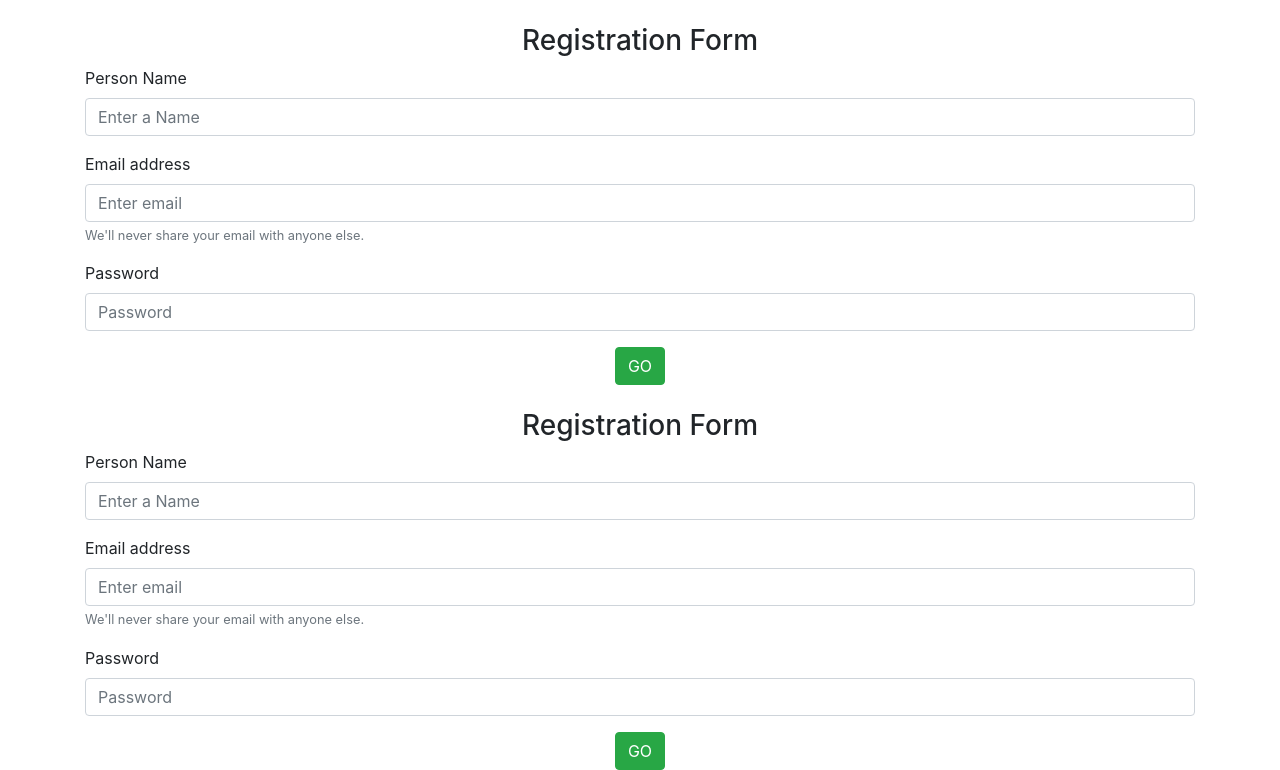
Repository: vijay10091999/Advance-java
Page: http://localhost/SpringMVC/WEB-INF/views/contact1.jsp
An editor plug-in stored every save of this project. The page is shown before and after the next save, followed by the edit.
The browser window is 1280 px wide. The pictures show the whole page.
Some web libraries are served in a nearby version. The page is served by Tomcat 9. Nobody is signed in. The template is opened directly, without the code that normally fills it, so the values that code supplies are empty.

Above is the page before, as saved 2022-06-11 10:05:39.

After the next save:
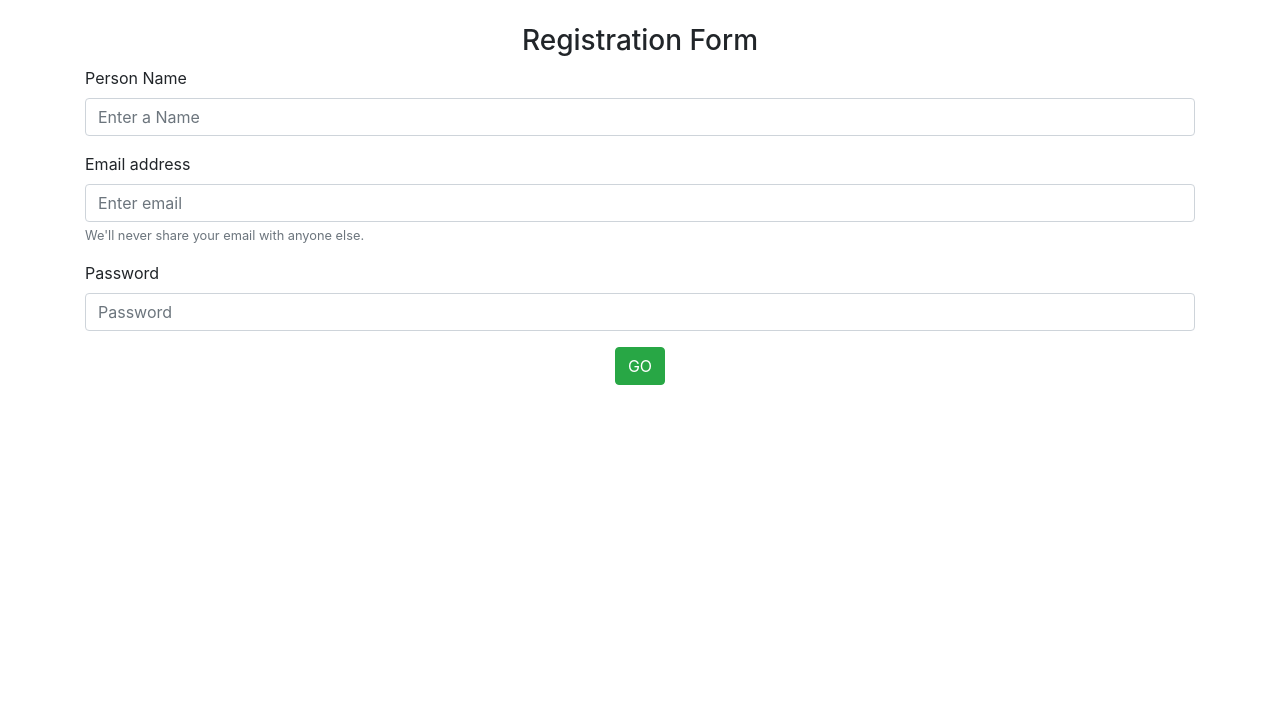
Saved 39 s later.
--- a/SpringMVC/src/main/webapp/WEB-INF/views/contact1.jsp
+++ b/SpringMVC/src/main/webapp/WEB-INF/views/contact1.jsp
@@ -16,31 +16,7 @@
    <div class="container mt-4">
 
    <h3 class="text-center">Registration Form </h3>
-    <form action="process1" method="post">
-    <div class="form-group">
-    <label for="exampleInputName">Person Name </label>
-    <input type="text" class="form-control" id="name" placeholder="Enter a Name" name="name">
-  </div>
-  <div class="form-group">
-    <label for="exampleInputEmail1">Email address</label>
-    <input type="email" class="form-control" id="email" aria-describedby="emailHelp" placeholder="Enter email" name ="email">
-    <small id="emailHelp" class="form-text text-muted">We'll never share your email with anyone else.</small>
-  </div>
-  <div class="form-group">
-    <label for="exampleInputPassword1">Password</label>
-    <input type="password" class="form-control" id="password" placeholder="Password" name="password">
-  </div>
-  <div class="container text-center">
-    <button type="submit" class="btn btn-success">GO </button>
-  </div>
-</form>
-
-   </div>
-
-<div class="container mt-4">
-
-   <h3 class="text-center">Registration Form </h3>
-    <form action="process2" method="post">
+    <form action="process" method="post">
     <div class="form-group">
     <label for="exampleInputName">Person Name </label>
     <input type="text" class="form-control" id="name" placeholder="Enter a Name" name="name">
@@ -62,6 +38,7 @@
    </div>
 
 
+
     <!-- Optional JavaScript -->
     <!-- jQuery first, then Popper.js, then Bootstrap JS -->
     <script src="https://code.jquery.com/jquery-3.2.1.slim.min.js" integrity="sha384-KJ3o2DKtIkvYIK3UENzmM7KCkRr/rE9/Qpg6aAZGJwFDMVNA/GpGFF93hXpG5KkN" crossorigin="anonymous"></script>
